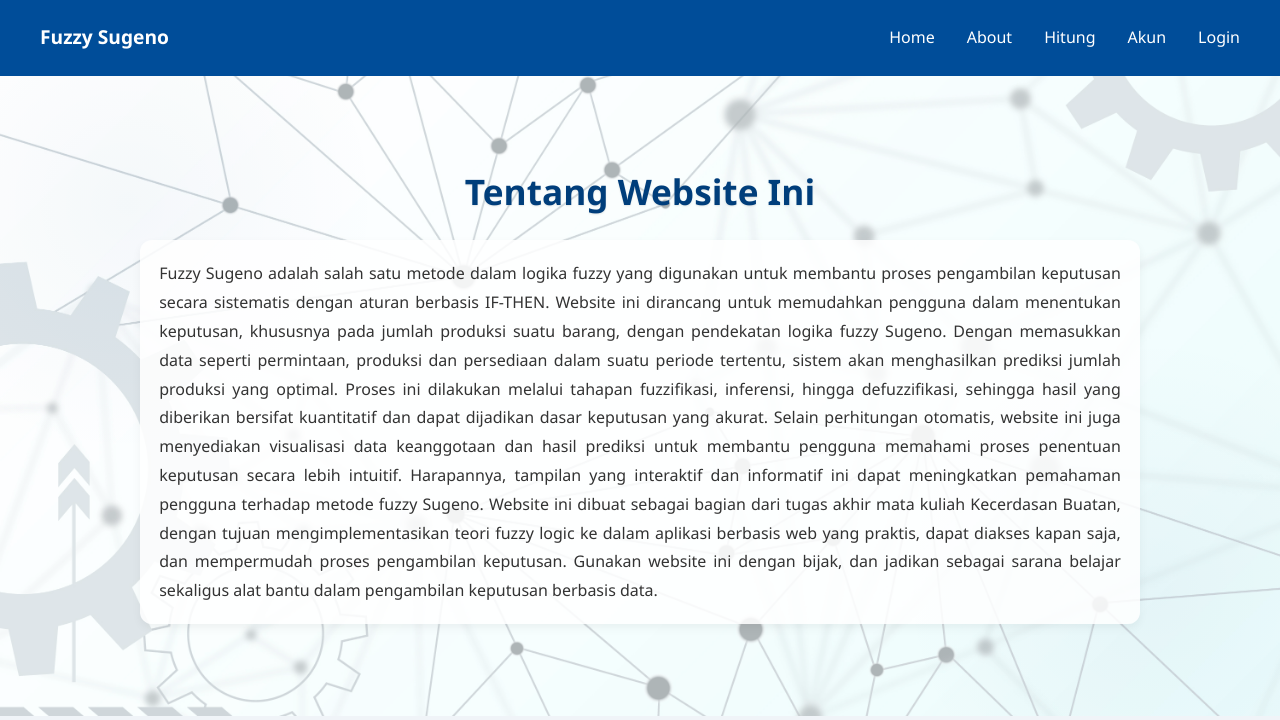
Repository: Senicccc/Defuzzy-Sugeno
Page: http://localhost/php/about.php
The author's editor kept a copy of each file at every save. The page is drawn from the files as they stood at one save, then again after a run of saves.
The browser window is 1280 px wide. The pictures show the whole page.
The page is run by PHP 8.4 with error messages shown; the project is at /var/www/html/.

Above is the page before, as saved 2025-06-09 11:31:14.

### php/about.php
<!DOCTYPE html>
<html lang="id">

<head>
    <meta charset="UTF-8" />
    <meta name="viewport" content="width=device-width, initial-scale=1.0" />
    <title>Fuzzy Sugeno - About</title>
    <link rel="icon" href="img/favicon.png" type="image/png">
    <link rel="stylesheet" href="../css/about.css">
</head>

<body>

    <?php
    require_once 'header.php';
    ?>

    <section class="hero" style="background: url('../img/menu-bg.jpg') center center/cover no-repeat;">
        <h1>Tentang Website Ini</h1>
        <p>Fuzzy Sugeno adalah salah satu metode dalam logika fuzzy yang digunakan untuk membantu proses pengambilan
            keputusan secara sistematis dengan aturan berbasis IF-THEN. Website ini dirancang untuk memudahkan pengguna
            dalam menentukan keputusan, khususnya pada jumlah produksi suatu barang, dengan pendekatan logika fuzzy
            Sugeno.

            Dengan memasukkan data seperti permintaan, produksi dan persediaan dalam suatu periode tertentu, sistem akan
            menghasilkan prediksi jumlah produksi yang optimal. Proses ini dilakukan melalui tahapan fuzzifikasi,
            inferensi, hingga defuzzifikasi, sehingga hasil yang diberikan bersifat kuantitatif dan dapat dijadikan
            dasar keputusan yang akurat.

            Selain perhitungan otomatis, website ini juga menyediakan visualisasi data keanggotaan dan hasil prediksi
            untuk membantu pengguna memahami proses penentuan keputusan secara lebih intuitif. Harapannya, tampilan yang
            interaktif dan informatif ini dapat meningkatkan pemahaman pengguna terhadap metode fuzzy Sugeno.

            Website ini dibuat sebagai bagian dari tugas akhir mata kuliah Kecerdasan Buatan, dengan tujuan
            mengimplementasikan teori fuzzy logic ke dalam aplikasi berbasis web yang praktis, dapat diakses kapan saja,
            dan mempermudah proses pengambilan keputusan.

            Gunakan website ini dengan bijak, dan jadikan sebagai sarana belajar sekaligus alat bantu dalam pengambilan
            keputusan berbasis data.</p>
    </section>

</body>

</html>

### php/header.php
<!DOCTYPE html>
<html lang="id">

<head>
    <meta charset="UTF-8" />
    <meta name="viewport" content="width=device-width, initial-scale=1.0" />
    <title>Fuzzy Sugeno - Produksi</title>
    <link rel="stylesheet" href="https://cdnjs.cloudflare.com/ajax/libs/font-awesome/6.0.0/css/all.min.css">

    <style>
    * {
        margin: 0;
        padding: 0;
        box-sizing: border-box;
        font-family: 'Segoe UI', Tahoma, Geneva, Verdana, sans-serif;
    }

    body {
        background: #f0f4f8;
        color: #333;
    }

    nav {
        background-color: #004d99;
        position: sticky;
        top: 0;
        z-index: 1000;
        padding: 1.4rem 2.4rem;
    }

    .nav-container {
        display: flex;
        justify-content: space-between;
        align-items: center;
        max-width: 1200px;
        margin: 0 auto;
        flex-wrap: wrap;
    }

    .logo {
        color: white;
        font-weight: 800;
        font-size: larger;
    }

    .nav-links {
        display: flex;
        gap: 2rem;
    }

    .nav-links a {
        text-decoration: none;
        color: white;
        font-weight: 500;
        font-size: 1rem;
        transition: color 0.3s;
    }

    .nav-links a:hover {
        color: #ffcc00;
    }

    .burger {
        display: none;
        font-size: 1.5rem;
        color: white;
        cursor: pointer;
        padding: 0.5rem;
    }

    @media (max-width: 768px) {
        .nav-links {
            display: none;
            flex-direction: column;
            background-color: #004d99;
            width: 100%;
            text-align: center;
            margin-top: 1rem;
            padding-bottom: 1rem;
            gap: 1rem;
            order: 1;
        }

        .nav-links.active {
            display: flex;
        }

        .burger {
            display: block;
            margin-left: auto;
        }

        nav {
            padding: 0.75rem 1.5rem;
        }
    }
    </style>
</head>

<body>

    <nav>
        <div class="nav-container">
            <div class="logo">Fuzzy Sugeno</div>
            <div class="burger" id="burger"><i class="fas fa-bars"></i></div>
            <div class="nav-links" id="navLinks">
                <a href="../index.php">Home</a>
                <a href="about.php">About</a>
                <a href="form.php">Hitung</a>
                <a href="account.php">Akun</a>
                <?php if (isset($_SESSION['user_id'])): ?>
                <a href="logout.php">Logout</a>
                <?php else: ?>
                <a href="login.php">Login</a>
                <?php endif; ?>
            </div>
        </div>
    </nav>

    <script>
    const burger = document.getElementById('burger');
    const navLinks = document.getElementById('navLinks');

    burger.addEventListener('click', () => {
        navLinks.classList.toggle('active');
    });
    </script>

</body>

</html>

### css/about.css
/* Reset dan Font */
* {
  margin: 0;
  padding: 0;
  box-sizing: border-box;
  font-family: "Segoe UI", Tahoma, Geneva, Verdana, sans-serif;
}

/* Body */
body {
  background: linear-gradient(135deg, #ffffff 0%, #f5f5f5 100%);
  color: #333;
  min-height: 100vh;
  line-height: 1.6;
}

/* Hero Section */
.hero {
  position: relative;
  display: flex;
  flex-direction: column;
  justify-content: center;
  align-items: center;
  text-align: justify;
  min-height: calc(100vh - 80px);
  padding: 2rem;
  backdrop-filter: blur(2px);
  box-shadow: inset 0 0 0 2000px rgba(255, 255, 255, 0.2);
  animation: fadeIn 0.8s ease-out forwards;
}

/* Pola Lingkaran di Atas Background Gambar */
.hero::before {
  content: "";
  position: absolute;
  top: 0;
  left: 0;
  right: 0;
  bottom: 0;
  z-index: 0;
  background-image:
    radial-gradient(circle at 10% 20%, rgba(0, 77, 153, 0.04) 0%, transparent 20%),
    radial-gradient(circle at 90% 80%, rgba(0, 77, 153, 0.04) 0%, transparent 20%);
  pointer-events: none;
}

/* Supaya konten tetap di atas pola */
.hero > * {
  position: relative;
  z-index: 1;
}

/* Judul */
.hero h1 {
  font-size: 2.2rem;
  font-weight: 800;
  color: #003e7b;
  margin-bottom: 1.5rem;
  max-width: 900px;
  line-height: 1.4;
  text-shadow: 0 1px 2px rgba(0, 0, 0, 0.1);
  text-align: center;
}

/* Paragraf */
.hero p {
  max-width: 1000px;
  font-size: 1rem;
  color: #333;
  background-color: rgba(255, 255, 255, 0.85);
  padding: 1.2rem;
  border-radius: 12px;
  box-shadow: 0 4px 10px rgba(0, 0, 0, 0.05);
  line-height: 1.8;
  text-align: justify;
}

/* Responsif */
@media (max-width: 768px) {
  .hero {
    padding: 1.5rem 1rem;
    min-height: calc(100vh - 60px);
  }

  .hero h1 {
    font-size: 1.6rem;
  }

  .hero p {
    font-size: 0.95rem;
    padding: 1rem;
  }
}

@media (max-width: 480px) {
  .hero h1 {
    font-size: 1.3rem;
  }

  .hero p {
    font-size: 0.9rem;
    padding: 0.8rem;
  }
}

/* Animasi Muncul */
@keyframes fadeIn {
  from {
    opacity: 0;
    transform: translateY(20px);
  }
  to {
    opacity: 1;
    transform: translateY(0);
  }
}

After the next 3 saves:
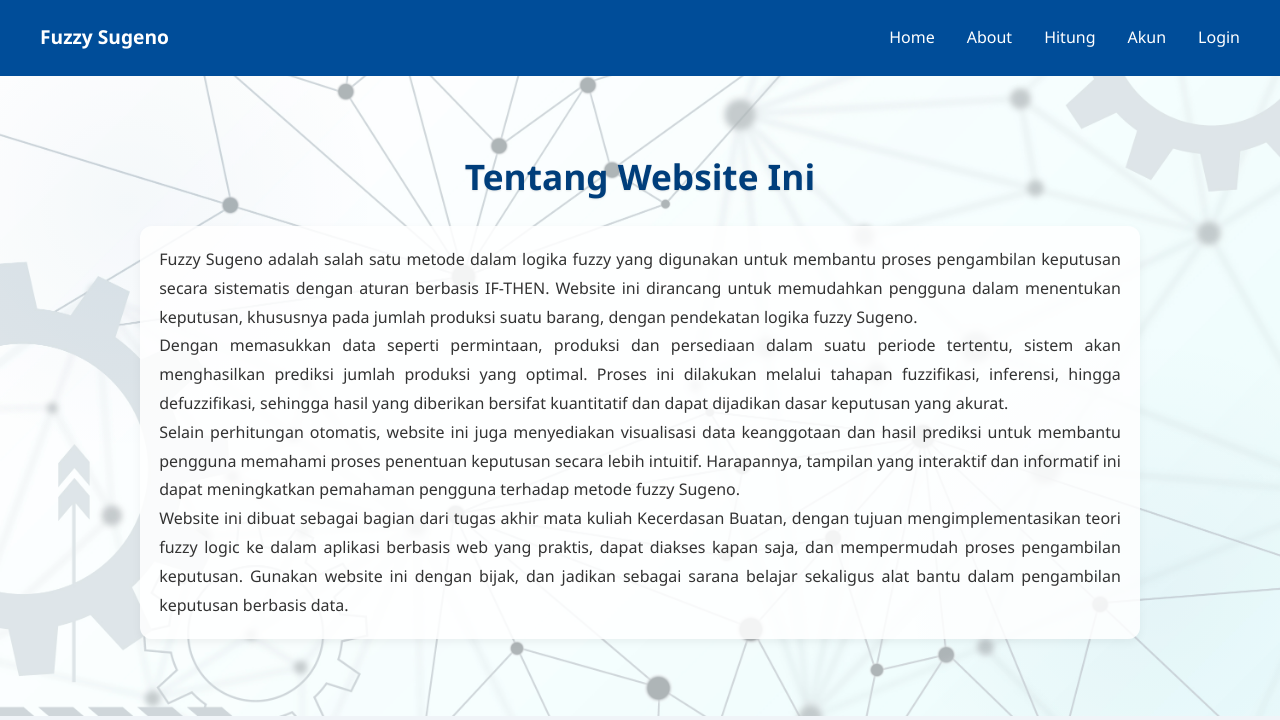
The 3 saves are shown as one change because they came seconds apart.
The last was saved 8 s later.
--- a/php/about.php
+++ b/php/about.php
@@ -21,22 +21,23 @@
             keputusan secara sistematis dengan aturan berbasis IF-THEN. Website ini dirancang untuk memudahkan pengguna
             dalam menentukan keputusan, khususnya pada jumlah produksi suatu barang, dengan pendekatan logika fuzzy
             Sugeno.
-
+            <br>
             Dengan memasukkan data seperti permintaan, produksi dan persediaan dalam suatu periode tertentu, sistem akan
             menghasilkan prediksi jumlah produksi yang optimal. Proses ini dilakukan melalui tahapan fuzzifikasi,
             inferensi, hingga defuzzifikasi, sehingga hasil yang diberikan bersifat kuantitatif dan dapat dijadikan
             dasar keputusan yang akurat.
-
+            <br>
             Selain perhitungan otomatis, website ini juga menyediakan visualisasi data keanggotaan dan hasil prediksi
             untuk membantu pengguna memahami proses penentuan keputusan secara lebih intuitif. Harapannya, tampilan yang
             interaktif dan informatif ini dapat meningkatkan pemahaman pengguna terhadap metode fuzzy Sugeno.
-
+            <br>
             Website ini dibuat sebagai bagian dari tugas akhir mata kuliah Kecerdasan Buatan, dengan tujuan
             mengimplementasikan teori fuzzy logic ke dalam aplikasi berbasis web yang praktis, dapat diakses kapan saja,
             dan mempermudah proses pengambilan keputusan.
 
             Gunakan website ini dengan bijak, dan jadikan sebagai sarana belajar sekaligus alat bantu dalam pengambilan
-            keputusan berbasis data.</p>
+            keputusan berbasis data.
+        </p>
     </section>
 
 </body>

After the save that followed:
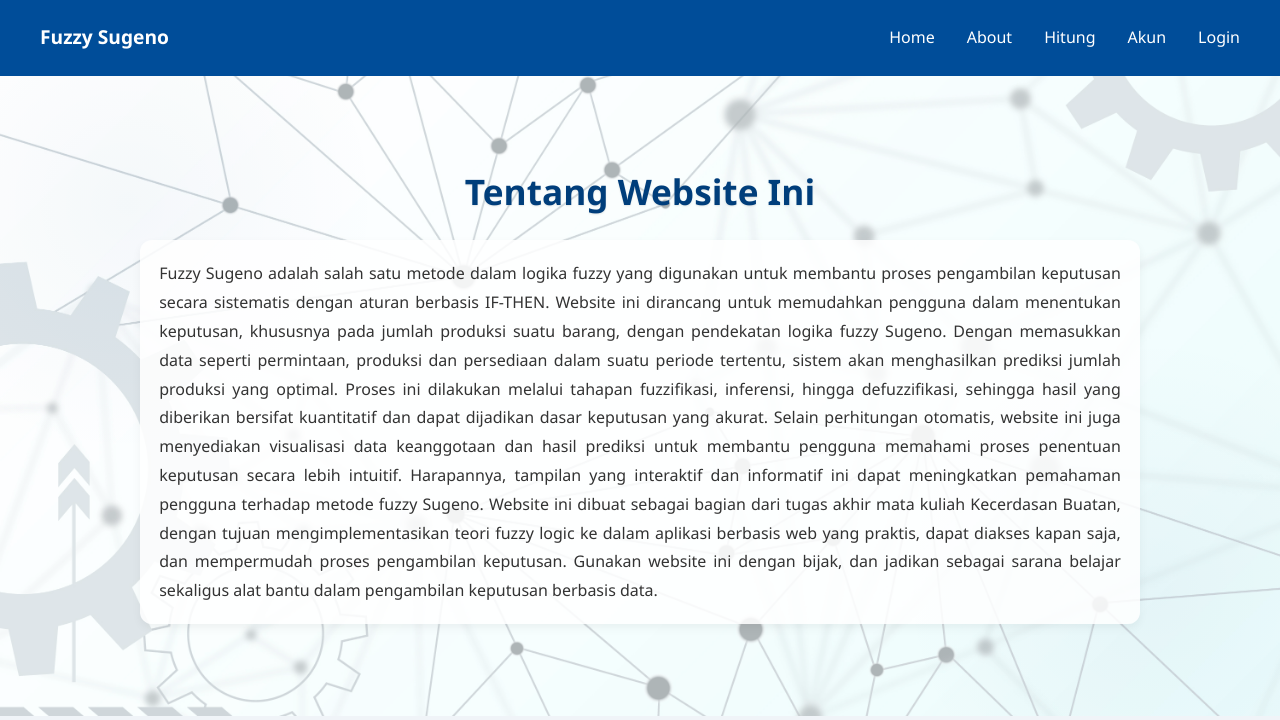
Saved 5 s later.
--- a/php/about.php
+++ b/php/about.php
@@ -21,23 +21,22 @@
             keputusan secara sistematis dengan aturan berbasis IF-THEN. Website ini dirancang untuk memudahkan pengguna
             dalam menentukan keputusan, khususnya pada jumlah produksi suatu barang, dengan pendekatan logika fuzzy
             Sugeno.
-            <br>
+
             Dengan memasukkan data seperti permintaan, produksi dan persediaan dalam suatu periode tertentu, sistem akan
             menghasilkan prediksi jumlah produksi yang optimal. Proses ini dilakukan melalui tahapan fuzzifikasi,
             inferensi, hingga defuzzifikasi, sehingga hasil yang diberikan bersifat kuantitatif dan dapat dijadikan
             dasar keputusan yang akurat.
-            <br>
+
             Selain perhitungan otomatis, website ini juga menyediakan visualisasi data keanggotaan dan hasil prediksi
             untuk membantu pengguna memahami proses penentuan keputusan secara lebih intuitif. Harapannya, tampilan yang
             interaktif dan informatif ini dapat meningkatkan pemahaman pengguna terhadap metode fuzzy Sugeno.
-            <br>
+
             Website ini dibuat sebagai bagian dari tugas akhir mata kuliah Kecerdasan Buatan, dengan tujuan
             mengimplementasikan teori fuzzy logic ke dalam aplikasi berbasis web yang praktis, dapat diakses kapan saja,
             dan mempermudah proses pengambilan keputusan.
 
             Gunakan website ini dengan bijak, dan jadikan sebagai sarana belajar sekaligus alat bantu dalam pengambilan
-            keputusan berbasis data.
-        </p>
+            keputusan berbasis data.</p>
     </section>
 
 </body>
